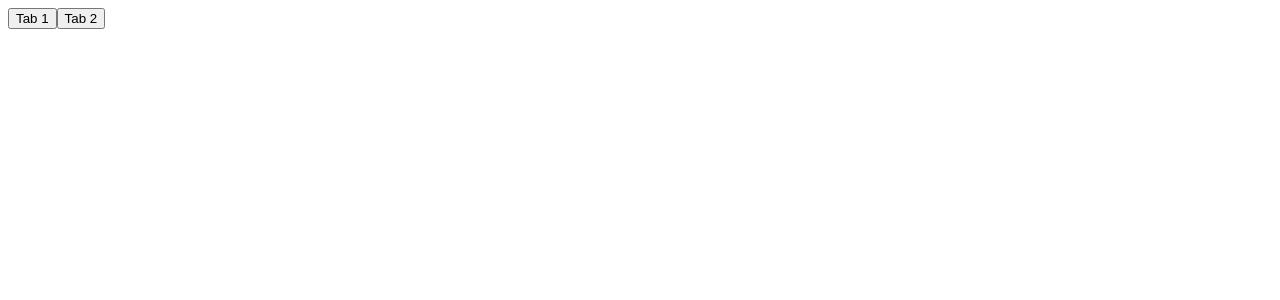
Repository: Vardhan1999/Daily-React-Apps
Page: /
The author's editor kept a copy of each file at every save. The page is drawn from the files as they stood at one save, then again after the next save.
The browser window is 1280 px wide. The pictures show the whole page.
The project was rebuilt for these pictures with package versions that can differ from the ones it lists, and the page was loaded fresh each time. Also part of the build but not shown: vite.config.js, src/index.css.

Above is the page before, as saved 2025-12-08 23:26:00.

After the next save:
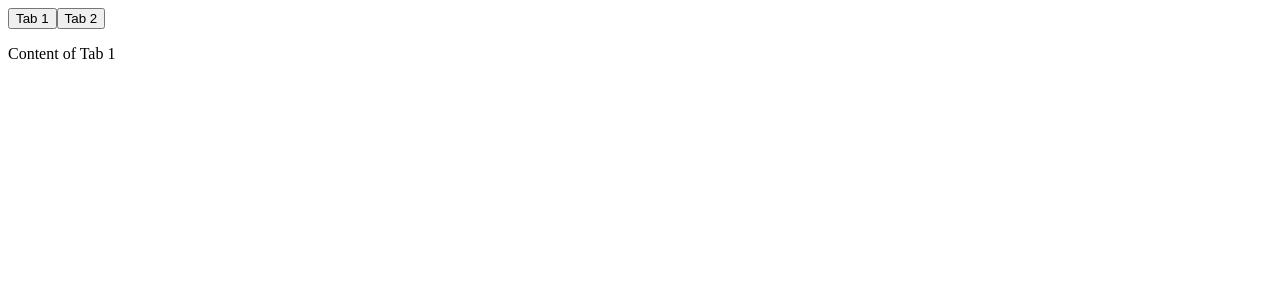
Saved 88 s later.
--- a/src/App.jsx
+++ b/src/App.jsx
@@ -7,6 +7,10 @@ export default function App() {
         <div>
             <button onClick={() => setActive("tab1")}>Tab 1</button>
             <button onClick={() => setActive("tab2")}>Tab 2</button>
+            <div>
+                {active === "tab1" && <p>Content of Tab 1</p>}
+                {active === "tab2" && <p>Content of Tab 2</p>}
+            </div>
         </div>
     )
 }
